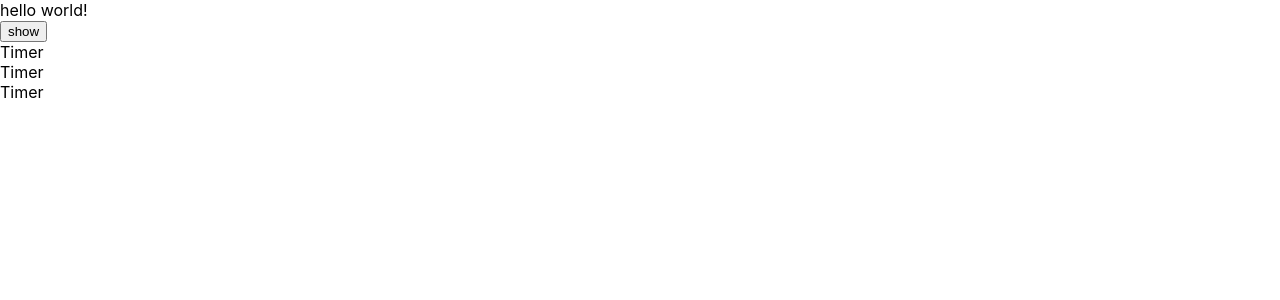
Repository: codest00001/cra-app_reactstudy
Page: /
The author's editor kept a copy of each file at every save. The page is drawn from the files as they stood at one save, then again after the next save.
The browser window is 1280 px wide. The pictures show the whole page.
The project was rebuilt for these pictures with package versions that can differ from the ones it lists, and the page was loaded fresh each time.

Above is the page before, as saved 2024-09-10 15:28:21.

After the next save:
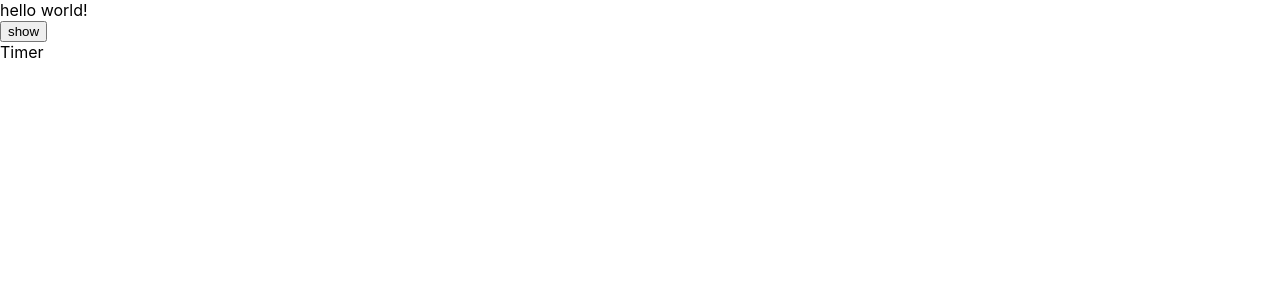
Saved 9 s later.
--- a/src/App.js
+++ b/src/App.js
@@ -19,8 +19,6 @@ function App() {
     <>
     <div>hello world!</div>
     <button>show</button>
-   <Timer />
-   <Timer />
    <Timer />
     </>
   );
